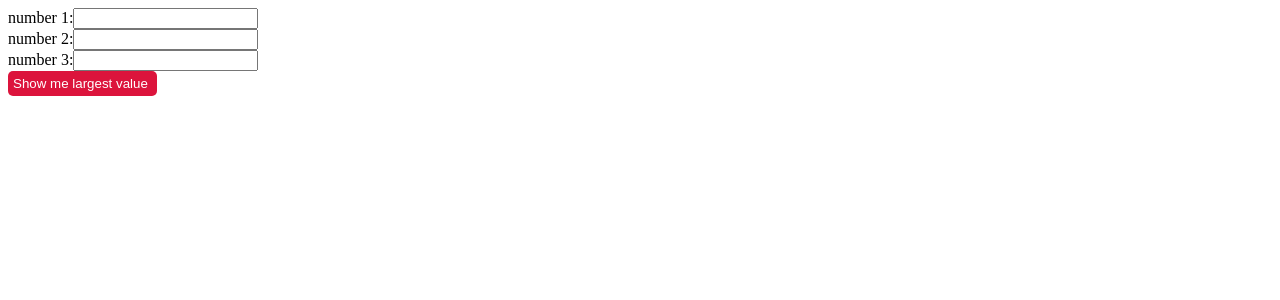
Repository: pkc189/Techment
Page: Advance Java Server Side/HelloWorld/WebContent/Largest.html
These files come from the project's save history. The page is drawn as it stood at one moment and after the next save; the edit follows.
The browser window is 1280 px wide. The pictures show the whole page.

Above is the page before, as saved 2021-08-20 08:24:03.

After the next save:
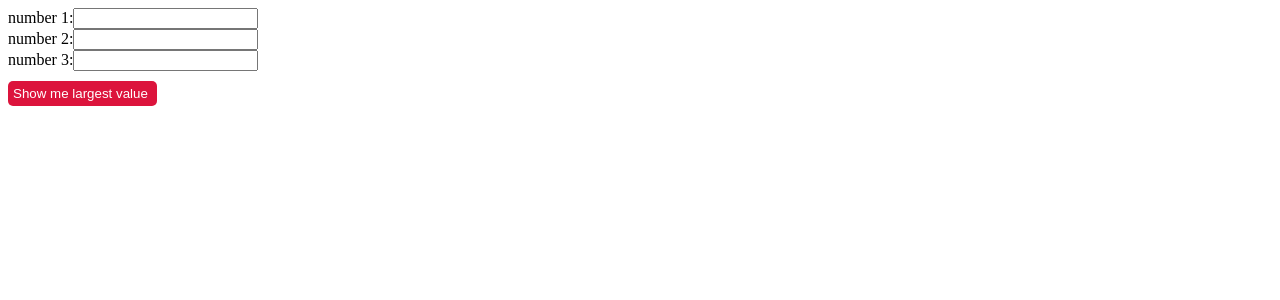
Saved 14 s later.
--- a/Advance Java Server Side/HelloWorld/WebContent/Largest.html
+++ b/Advance Java Server Side/HelloWorld/WebContent/Largest.html
@@ -10,7 +10,9 @@ background-color:crimson ;
 border:none;
 border-radius:5px;
 color:white;
-padding:5px
+padding:5px;
+margin-top:10px
+
 }
 
 </style>
